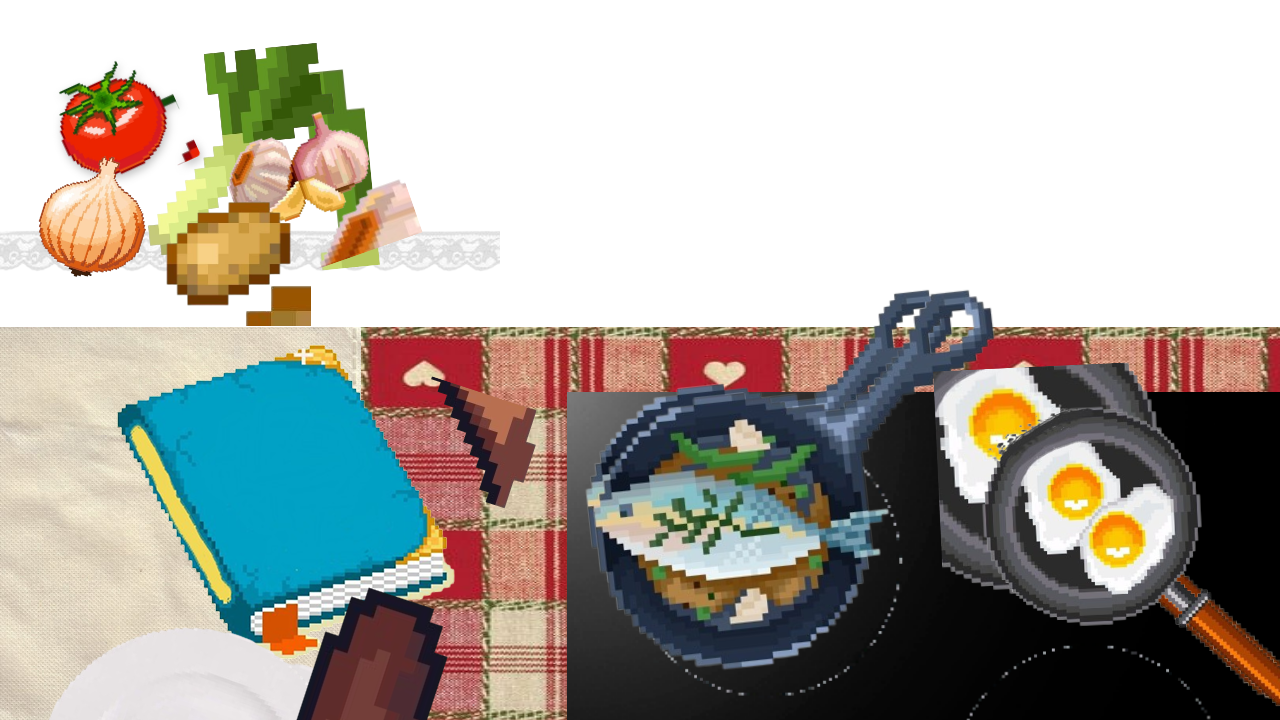
Repository: AJamdonuts/ToddyTalks
Page: playingaround2/pages/chefsujin.html
These files come from the project's save history. The page is drawn as it stood at one moment and after the next save; the edit follows.
The browser window is 1280 px wide. The pictures show the whole page.

Above is the page before, as saved 2025-11-26 19:14:19.

After the next save:
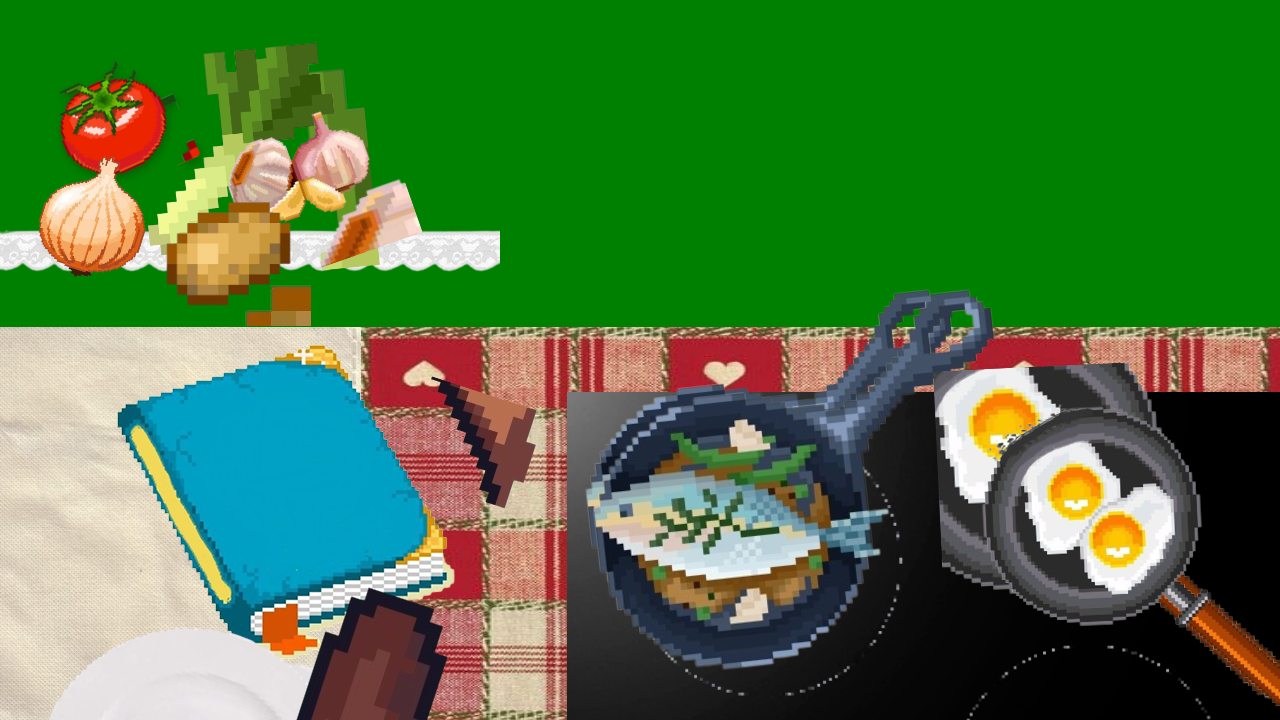
Saved 3 min 57 s later.
--- a/playingaround2/styles/chefsujin.css
+++ b/playingaround2/styles/chefsujin.css
@@ -1,4 +1,10 @@
-
+html, body {
+                max-width: 100%;
+                max-height: 100%;
+                margin: 0;
+                padding: 0;
+                background-color: green;
+            }
 
 .tomato {
     position: absolute;
